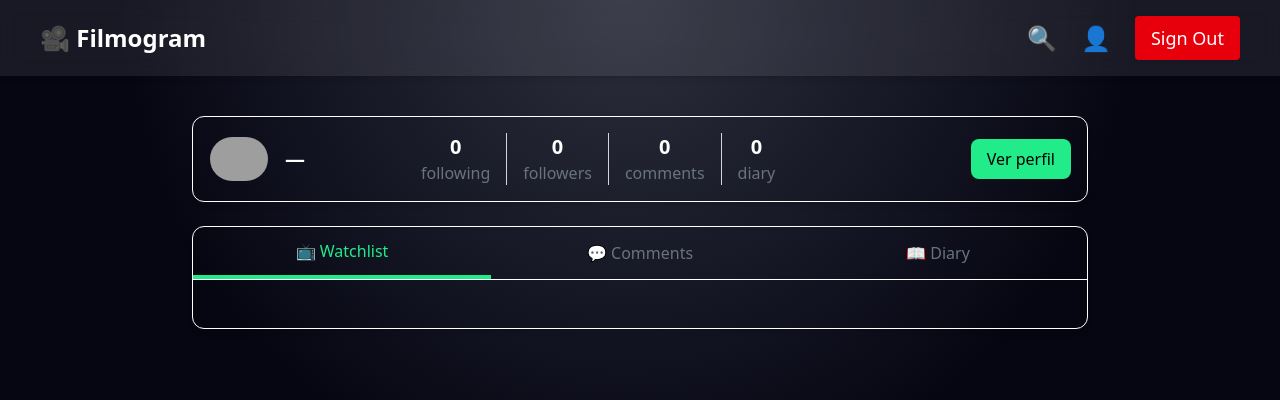
Repository: Leoonard1507/proyecto-final
Page: /client-profile
The author's editor kept a copy of each file at every save. The page is drawn from the files as they stood at one save, then again after the next save.
The browser window is 1280 px wide. The pictures show the whole page.
Pictures or frames that could not be fetched are drawn as grey boxes. The page's requests for data from a server got no answer. The project was rebuilt for these pictures with package versions that can differ from the ones it lists, and the page was loaded fresh each time. The framework's server and built-in components were replaced by stand-ins that run in the browser. No one was signed in, and anything a server would have sent is missing. Also part of the build but not shown: next.config.ts, src/app/components/profileSections/userWatchlist.tsx, src/app/components/profileSections/userComments.tsx, src/app/components/profileSections/userDiary.tsx, src/libs/axios.ts, src/app/components/profileSections/searchFavsEdit.tsx, src/app/components/profileSections/addFavoritesModal.tsx, src/app/components/profileSections/FavMoviesList.tsx.

Above is the page before, as saved 2025-05-26 13:55:20.

After the next save:
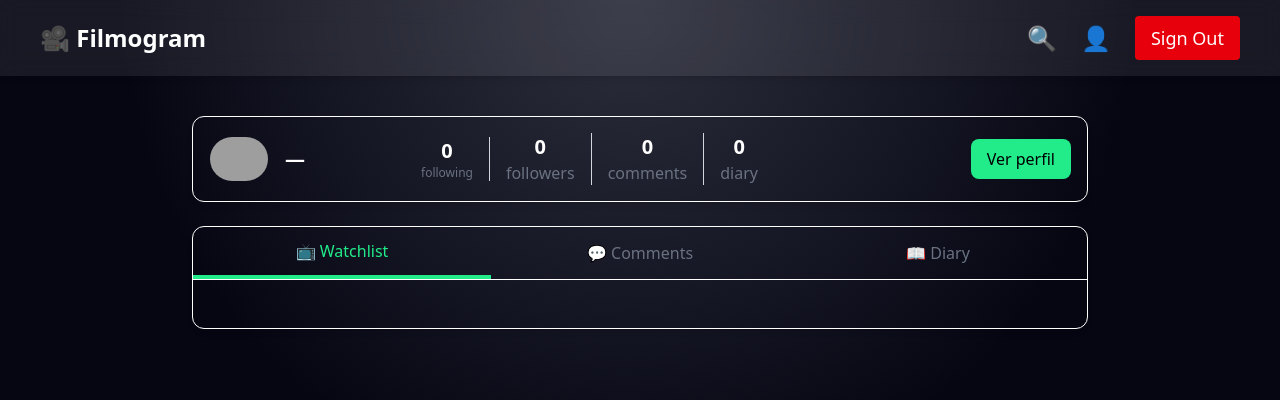
Saved 17 s later.
--- a/src/app/client-profile/page.tsx
+++ b/src/app/client-profile/page.tsx
@@ -184,7 +184,7 @@ export default function ProfilePage() {
               <span className="text-base font-semibold text-xl">
                 {followingCount !== null ? followingCount : "0"}
               </span>
-              <span className="text-base text-gray-500">following</span>
+              <span className="text-xs text-gray-500">following</span>
             </div>
             <div className="flex flex-col items-center border-r border-gray-300 pr-4">
               <span className="text-base font-semibold text-xl">
